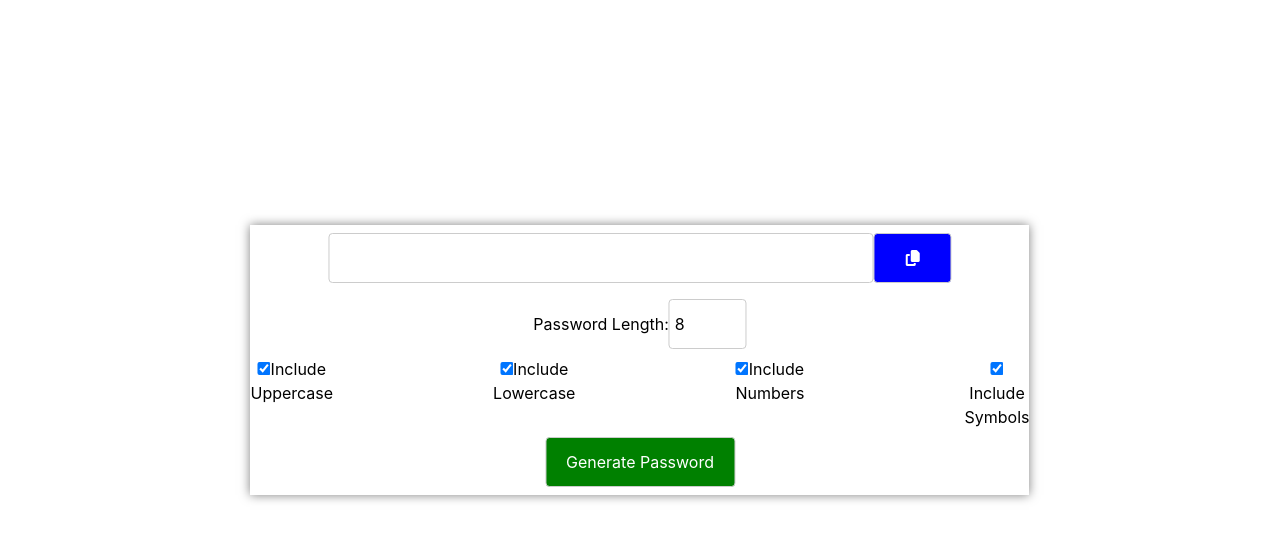
Repository: sriram1224/Password-generator
Page: / (app in password-generator/)
These files come from the project's save history. The page is drawn as it stood at one moment and after the next save; the edit follows.
The browser window is 1280 px wide. The pictures show the whole page.
Some web libraries are served in a nearby version. The project was rebuilt for these pictures with package versions that can differ from the ones it lists, and the page was loaded fresh each time.

Above is the page before, as saved 2024-03-10 21:52:03.

After the next save:
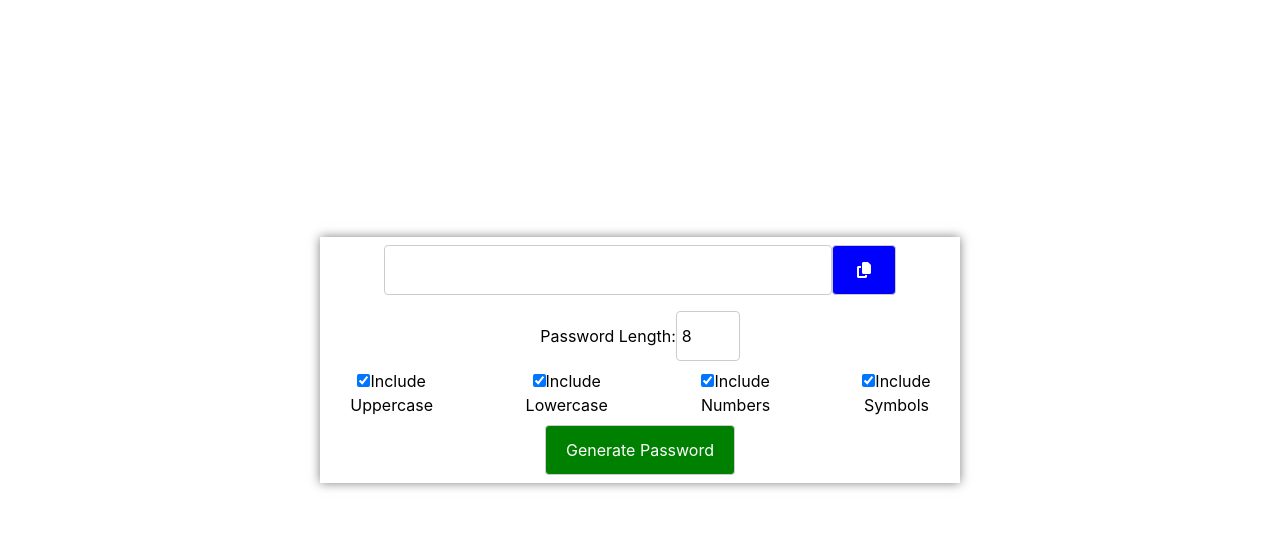
Saved 7 s later.
--- a/password-generator/src/Components/content.css
+++ b/password-generator/src/Components/content.css
@@ -20,7 +20,7 @@
 }
 .checkboxed{
     display: flex;
-    gap: 10rem;
+    gap: 2rem;
 }
 .generate{
 
